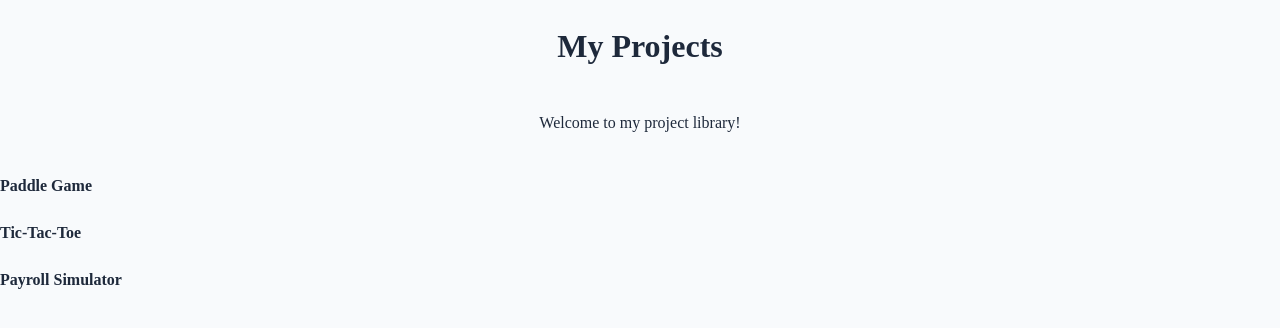
Repository: alison-cunningham/alison-cunningham
Page: pages/main-projects-page.html
The author's editor kept a copy of each file at every save. The page is drawn from the files as they stood at one save, then again after the next save.
The browser window is 1280 px wide. The pictures show the whole page.
Some web fonts or font styles are not loaded; a fallback is used.

Above is the page before, as saved 2026-05-08 20:09:10.

### pages/main-projects-page.html
<!DOCTYPE html>
<html lang="en">
<head>
    <meta charset="UTF-8" />
    <title>Project - Paddle Game</title>
    <meta name="viewport" content="width=device-width, initial-scale=1.0">
    <link rel="stylesheet" href="../styles/pages.css"/>
    <link rel="stylesheet" href="../styles/globals.css"/>
</head>
<body>
<header class="project-header">
    <h1>My Projects</h1>
    <p>
        Welcome to my project library!
        <br>
    </p>
</header>

<nav>
    <a href="./paddle-game.html" target="myframe">
        <h4>Paddle Game</h4>
    </a>
    <a href="./tic-tac-toe.html" target="myframe">
        <h4>Tic-Tac-Toe</h4>
    </a>
    <a href="./payroll-simulator.html" target="myframe">
        <h4>Payroll Simulator</h4>
    </a>
</nav>

</body>


</html>

### styles/pages.css
.project-header{
    display: grid;
    justify-content: center;
    text-align: center;

}

### styles/globals.css
@font-face{
    font-family: 'Radio-Canada';
    src: url('../assets/fonts/Radio_Canada/RadioCanada-VariableFont_wdth\,wght.ttf')
}



body{
    font-family: 'Radio-Canada';

    background-color: #f8fafc;
    color: #1e293b;

    line-height: 1.6;
    font-size: 1rem;

    margin: 0;
    overflow-x: hidden;
}


a{
    text-decoration: none;
    color: inherit;
}

h3{
    font-size: 1.4rem;
    margin-bottom: 1rem;
    color: #0f172a;
}

After the next save:
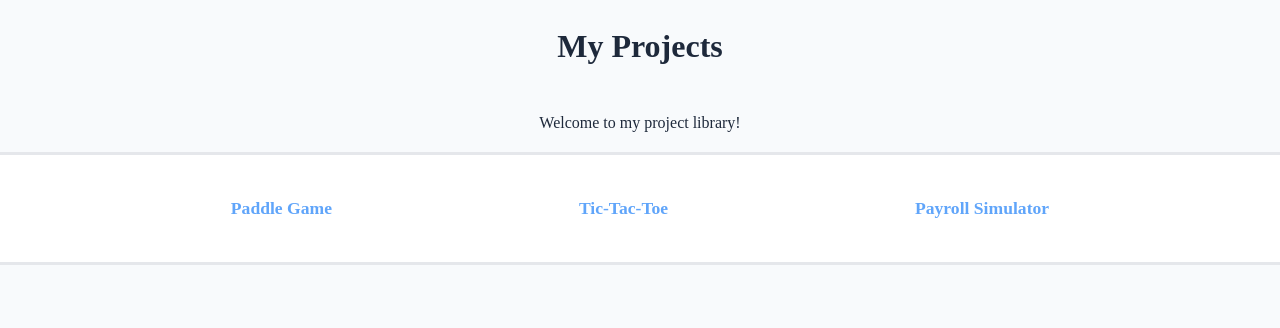
Saved 11 min 6 s later.
--- a/styles/pages.css
+++ b/styles/pages.css
@@ -4,3 +4,36 @@
     text-align: center;
 
 }
+
+nav{
+    width: 100%;
+    background-color: #ffffff;
+
+    border-bottom: .2rem solid #e5e7eb;
+    border-top: .2rem solid #e5e7eb;
+
+    display: flex;
+    flex-direction: row;
+    justify-content: space-evenly;
+
+}
+
+nav a{
+    text-decoration: none;
+    color: #60a5fa;
+
+    padding: 1rem;
+    border-radius: .5rem;
+
+    font-size: 1.1rem;
+    font-weight: 600;
+
+    transition:
+    background-color 0.3s ease,
+    color 0.3s ease,
+    transform 0.2s ease;
+}
+
+nav a:hover{
+
+}
